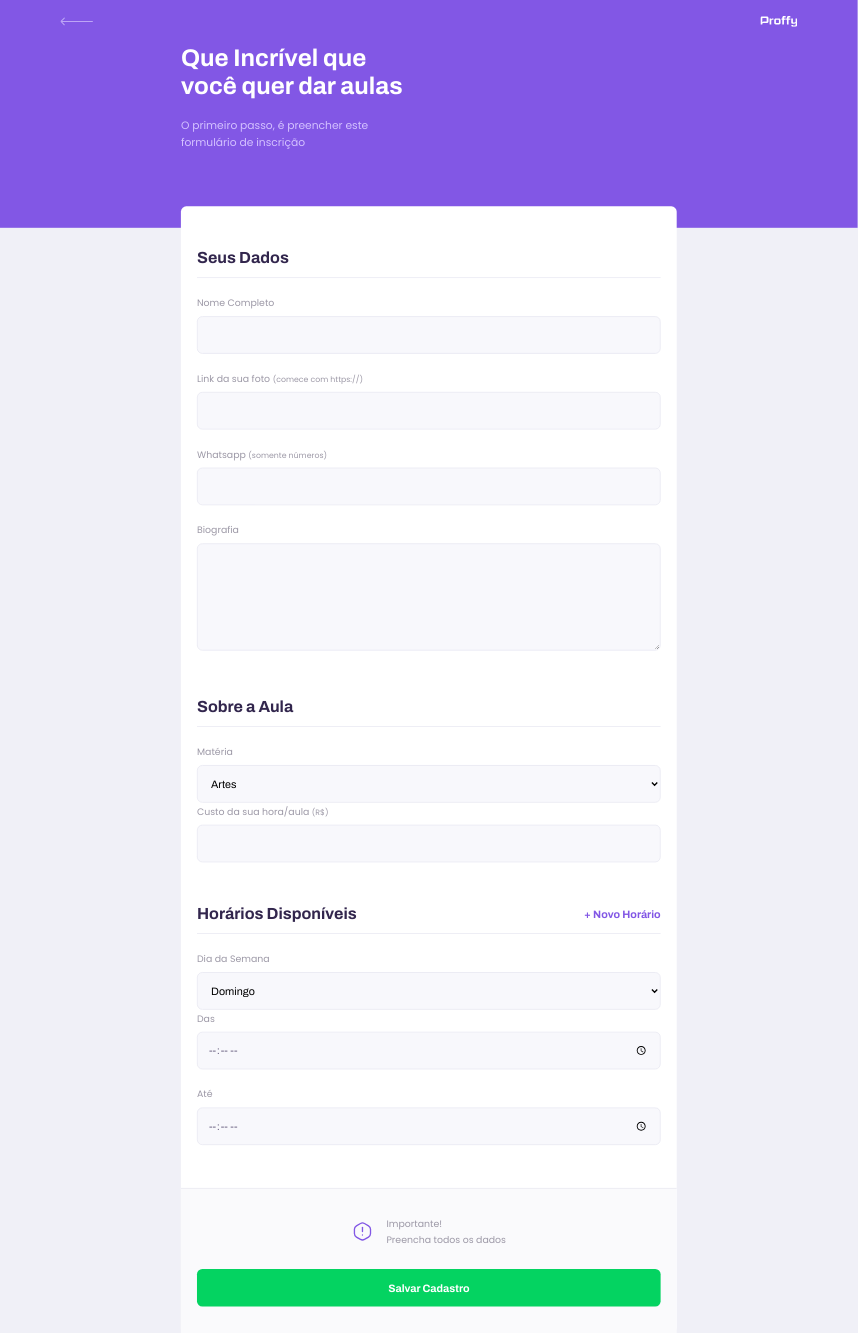
Repository: LukeVersus/NLW
Page: give-classes.html
An editor plug-in stored every save of this project. The page is shown before and after the next save, followed by the edit.
The browser window is 1280 px wide. The pictures show the whole page, at 67% of full size.
The pointer rests on the first visible `#page-give-classes main footer button`.

Above is the page before, as saved 2020-08-05 22:21:08.

After the next save:
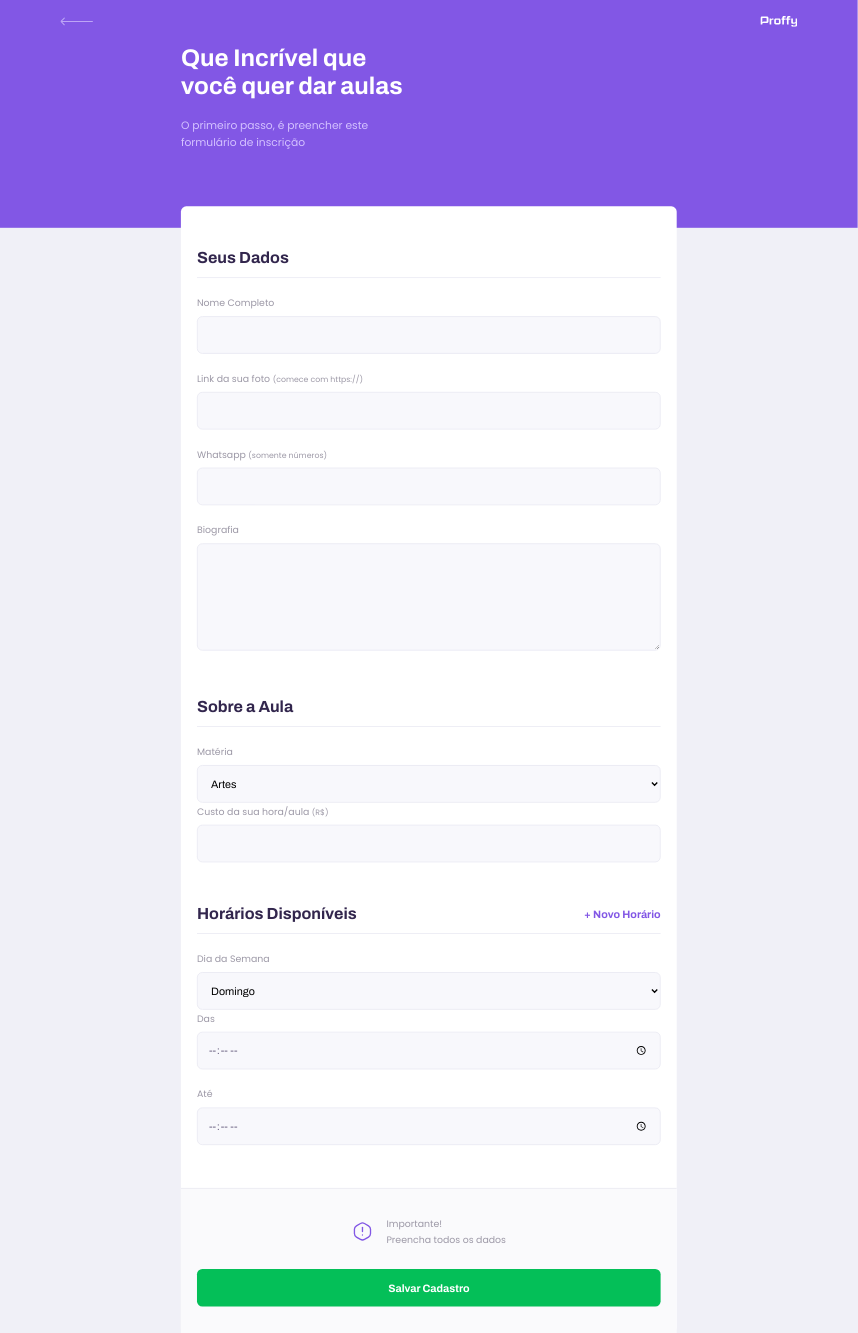
Saved 69 s later.
--- a/styles/partials/page-give-classes.css
+++ b/styles/partials/page-give-classes.css
@@ -93,6 +93,10 @@
     margin-top: 3.2rem;
 }
 
+#page-give-classes main footer button:hover{
+    background: var(--color-secondary-dark);
+}
+
 @media(min-width: 700px){
     #page-give-classes #container{
         max-width: 100vw;
